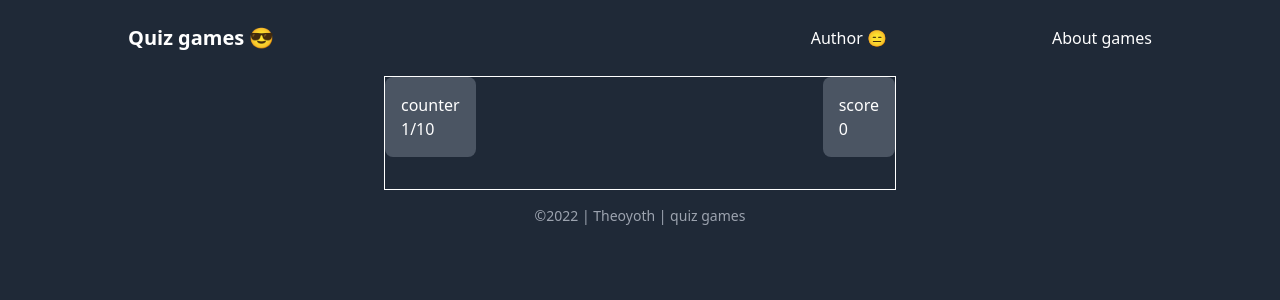
Repository: theoyoth/quiz-game
Page: /game
The author's editor kept a copy of each file at every save. The page is drawn from the files as they stood at one save, then again after the next save.
The browser window is 1280 px wide. The pictures show the whole page.
The page's requests for data from a server got no answer. The project was rebuilt for these pictures with package versions that can differ from the ones it lists, and the page was loaded fresh each time. The framework's server and built-in components were replaced by stand-ins that run in the browser. No one was signed in, and anything a server would have sent is missing. Also part of the build but not shown: nuxt.config.js, layouts/404.vue, layouts/error.vue, layouts/errorLayout.vue. Imported but missing from the stored project, and not drawn on this page: components/EndPage.vue.

Above is the page before, as saved 2022-06-16 15:38:01.

### assets/css/main.css
@tailwind base;
@tailwind components;
@tailwind utilities;


/* hide scrollbar */
/* ================================ */
* {
  /* for explorer, edge */
  -ms-overflow-style: none;
  /* for firefox */
  scrollbar-width: none;
}
::-webkit-scrollbar {
  /* for chrome, safari, and opera */
  display: none;
}
/* ================================ */

.correct {
  background-color: rgb(23, 87, 170);
}
.incorrect {
  background-color: rgb(204, 49, 41);
}

### components/Footer.vue
.<template>
  <div class="text-center mt-4">
    <p class="text-sm text-gray-400">&copy;2022 | Theoyoth | quiz games</p>
  </div>
</template>

<script>
export default {

}
</script>

### components/Header.vue
<template>
  <div class="flex justify-between items-center">
    <div>
      <h2 class="font-bold text-xl">
        <NuxtLink to="/">Quiz games 😎</NuxtLink>
      </h2>
    </div>
    <div class="lg:w-1/3 sm:w-1/2 md:w-1/3 xl:w-1/3 flex justify-between items-center">
      <NuxtLink to="/">Author 😑</NuxtLink>
      <NuxtLink to="/about">About games</NuxtLink>
    </div>
  </div>
</template>

<script>
export default {

}
</script>

### components/Loading.vue
<template>
  <div class="loading">
    <span></span>
  </div>
</template>

<script>
export default {

}
</script>

<style>
.loading {
  height: 100vh;
  width: 100%;
  display: flex;
  justify-content: center;
  align-items: center;
}
@keyframes circle-loading {
  to {
    transform: rotateZ(360deg);
  }
}
.loading span{
  display: block;
  width: 70px;
  height: 70px;
  border-radius: 50%;
  border: 2px solid transparent;
  border-top-color: #fff;
  animation: circle-loading 1200ms ease infinite;

}
</style>

### components/Main.vue
<template>
  <div>
    <div class="lg:px-10 md:px-8 sm:px-4 xl:px-32 py-6 min-h-screen bg-gray-800 text-white">
    <Header />
      <NuxtChild />
    <Footer />
    </div>
  </div>
</template>

<script>
export default {

}
</script>

### layouts/default.vue
<template>
  <Main>
      <Nuxt />
  </Main>
</template>

### pages/game.vue
<template>
  <div  class="mt-6">
    <Loading v-if="$fetchState.pending"/>
    <div v-else class="w-full grid grid-cols-1 place-items-center">
      <div class="xl:w-1/2 lg:w-3/4 sm:w-11/12 md:w-2/3 border border-white border-1">
        <div class="w-full flex justify-between mb-8">
          <div class="bg-gray-600 p-4 rounded-lg">
            <p>counter</p>
            <h1>1/10</h1>
          </div>
          <div class="bg-gray-600 p-4 rounded-lg">
            <p>score</p>
            <h1>0</h1>
          </div>
        </div>
        <div v-for="(q,i) in questionNow" :key="i" class="mb-4">
          <div class="px-6 py-8 bg-gray-600 rounded-lg text-center">
            <h1 class="text-lg font-semibold">{{q.question}}</h1>
            <div class="mt-4 grid grid-cols-2 gap-4 justify-items-center">
              <div v-for="(an,i) in q.answer" :key="i" class="w-40 py-2 bg-green-600 rounded-lg cursor-pointer text-center hover:bg-green-500" @click="sendAnswer">
                {{an}}
              </div>
            </div>
          </div>
        </div>
      </div>
    </div>
    <div v-if="feedback !== ''">
        <h1>{{feedback}}</h1>
    </div>
  </div>
</template>

<script>
export default {
  data() {
    return {
      dataQuestions:[],
      questions:[],
      answerQuestions:[],
      allQuestions:[],
      currentQuestion:"",
      questionNow:[],
      randomIdx:0,
      questionIndex:0,
      questionCounter:0,
      score:[],
      acceptingAnswer:false,
      feedback:"",
      correct:false,
      selectedAnswer:"",
    }
  },
  async fetch(){
    await this.getQuestions()
  },
  methods: {
    async getQuestions(){
      this.questionCounter = 0

      const dataQ = await this.$axios.get('https://opentdb.com/api.php?amount=10&category=9&difficulty=easy&type=multiple')
      this.dataQuestions = dataQ.data.results;
      this.dataQuestions.map((data,i) => {
        this.answerQuestions.push(data.incorrect_answers)

        this.randomIdx = Math.floor(Math.random() * 3) + 1
        this.answerQuestions[i].splice(this.randomIdx - 1, 0, data.correct_answer)

        this.allQuestions.push({question : data.question, answer: this.answerQuestions[i], correctAnswer: data.correct_answer})

      })
      await this.getNewQuestion()
    },
    async getNewQuestion(){
      if(this.allQuestions.length === 0){
        return this.feedback = "you are finished the questions"
      }
      this.questionCounter++

      this.questionIndex = Math.floor(Math.random() * this.allQuestions.length)
      const currentQuestion = this.allQuestions[this.questionIndex]
      this.questionNow.push(currentQuestion)

      this.allQuestions.splice(this.questionIndex, 1)

      this.acceptingAnswer = true
    },
    sendAnswer(e){
      if(!this.acceptingAnswer) return

      this.acceptingAnswer = false

      const target = e.target
      this.selectedAnswer = target.innerText
      const answer = this.questionNow[0].correctAnswer

      const classApply = this.selectedAnswer == answer ? 'correct' : 'incorrect'

      target.parentElement.classList.add(classApply)

      setTimeout(() => {
        target.parentElement.classList.remove(classApply)
        this.questionNow.splice(0,1)
        this.getNewQuestion()
      }, 500)
    }
  },
  fetchDelay : 2000,
  // mounted() {
  //   this.getNewQuestion()
  // }

}
</script>

### tailwind.config.js
/** @type {import('tailwindcss').Config} */
module.exports = {
  content: [
    "./components/**/*.{js,vue,ts}",
    "./layouts/**/*.vue",
    "./pages/**/*.vue",
    "./plugins/**/*.{js,ts}",
    "./nuxt.config.{js,ts}",
  ],
  theme: {
    extend: {},
    screens: {
      sm: "410px",
      md: "640px",
      lg: "770px",
      xl: "1024px",
    },
  },
  plugins: [],
};

After the next save:
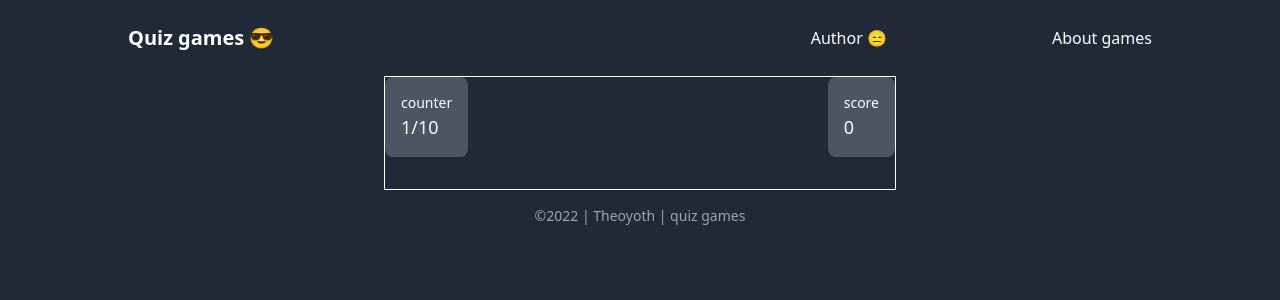
Saved 42 s later.
--- a/pages/game.vue
+++ b/pages/game.vue
@@ -5,12 +5,12 @@
       <div class="xl:w-1/2 lg:w-3/4 sm:w-11/12 md:w-2/3 border border-white border-1">
         <div class="w-full flex justify-between mb-8">
           <div class="bg-gray-600 p-4 rounded-lg">
-            <p>counter</p>
-            <h1>1/10</h1>
+            <p class="text-sm">counter</p>
+            <h1 class="text-lg">1/10</h1>
           </div>
           <div class="bg-gray-600 p-4 rounded-lg">
-            <p>score</p>
-            <h1>0</h1>
+            <p class="text-sm">score</p>
+            <h1 class="text-lg">0</h1>
           </div>
         </div>
         <div v-for="(q,i) in questionNow" :key="i" class="mb-4">
